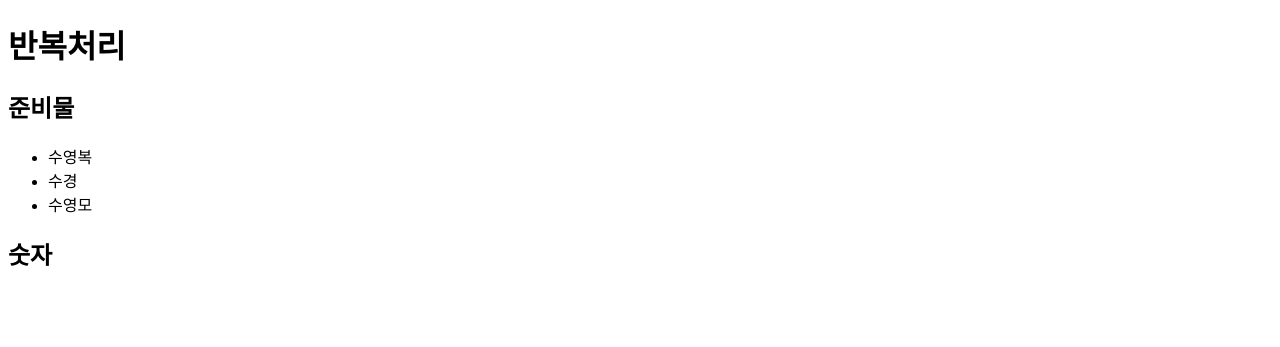
Repository: Sookyeong0505/web_server_workspace
Page: http://localhost/hello-web/jsp/loop.jsp
An editor plug-in stored every save of this project. The page is shown before and after the next save, followed by the edit.
The browser window is 1280 px wide. The pictures show the whole page.
The page is served by Tomcat 9.

Above is the page before, as saved 2023-06-20 06:45:09.

After the next save:
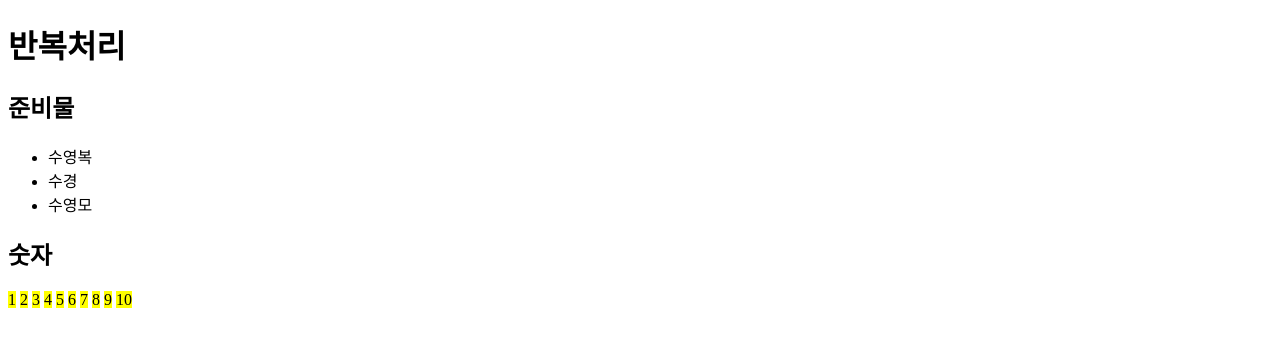
Saved 25 s later.
--- a/hello-web/src/main/webapp/jsp/loop.jsp
+++ b/hello-web/src/main/webapp/jsp/loop.jsp
@@ -31,7 +31,7 @@
 	for(int num : nums){
 %>
 	<!-- for문 동안 반복된 html 구문 -->
-
+	<mark><%= num %></mark>
 <%
 	}
 %>
